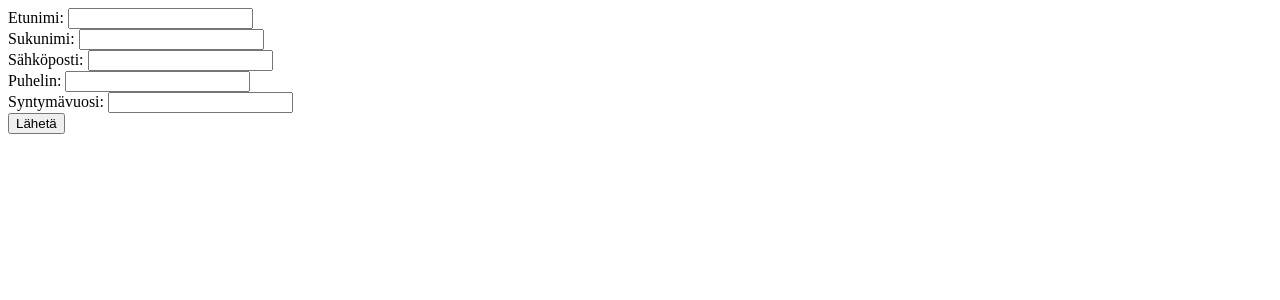
Repository: Zonkku/Valmistautuminen
Page: http://localhost/Kommunikaatio/Kysy.jsp
An editor plug-in stored every save of this project. The page is shown before and after the next save, followed by the edit.
The browser window is 1280 px wide. The pictures show the whole page.
The page is served by Tomcat 9.

Above is the page before, as saved 2020-04-20 12:38:50.

After the next save:
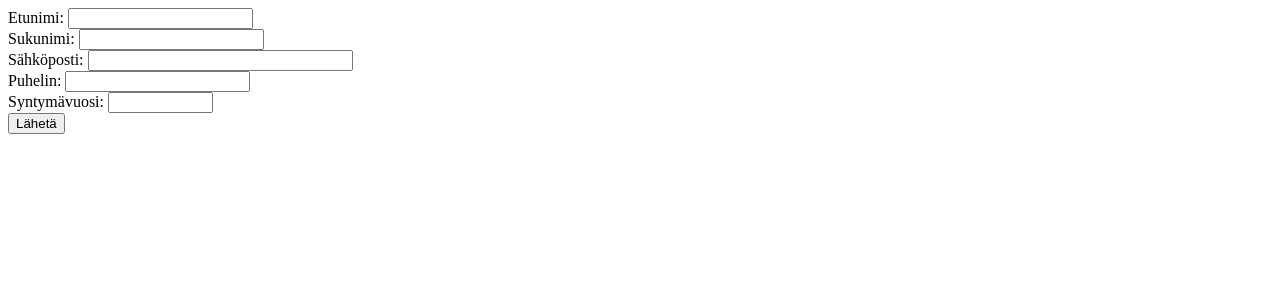
Saved 56 s later.
--- a/Kommunikaatio/WebContent/Kysy.jsp
+++ b/Kommunikaatio/WebContent/Kysy.jsp
@@ -15,16 +15,16 @@
 	<input type="text" name="etunimi" size="20"><br>
 
 	<label>Sukunimi:</label>
-	<input type="text" name="sukunimi"><br>
+	<input type="text" name="sukunimi" size="20"><br>
 
 	<label>Sähköposti:</label>
-	<input type="text" name="sposti"><br>
+	<input type="text" name="sposti" size="30"><br>
 
 	<label>Puhelin:</label>
-	<input type="text" name="puhelin"><br>
+	<input type="text" name="puhelin" size="20"><br>
 
 	<label>Syntymävuosi:</label>
-	<input type="text" name="sVuosiStr"><br>
+	<input type="text" name="sVuosiStr" size="10"><br>
 
 	<input type="submit" value="Lähetä">
 </form>
